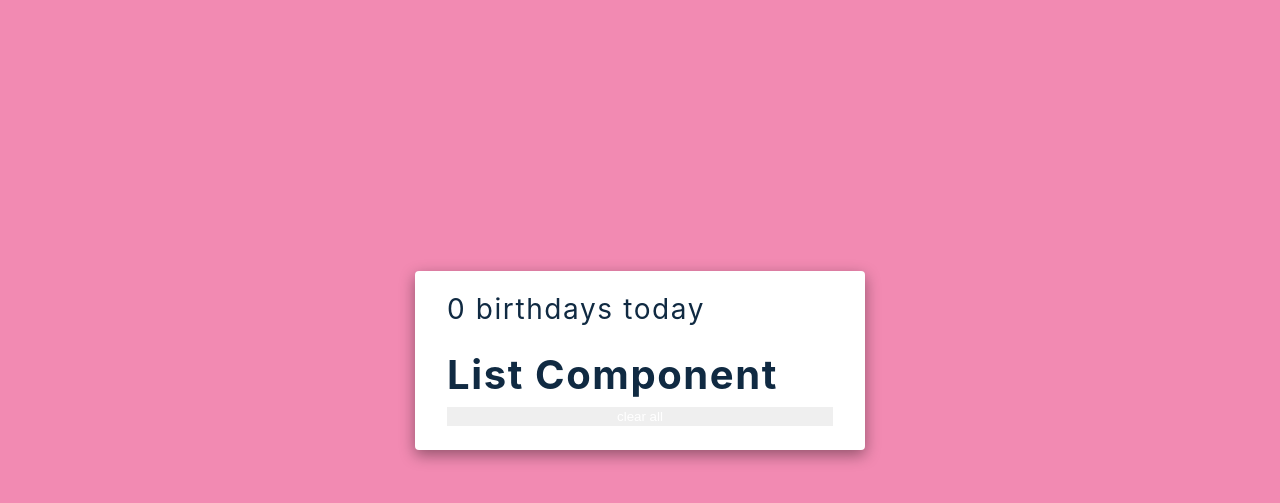
Repository: bodescuanamariia/birthday-reminder
Page: /
These files come from the project's save history. The page is drawn as it stood at one moment and after the next save; the edit follows.
The browser window is 1280 px wide. The pictures show the whole page.
The project was rebuilt for these pictures with package versions that can differ from the ones it lists, and the page was loaded fresh each time. Imported but missing from the stored project, and not drawn on this page: src/data.

Above is the page before, as saved 2022-04-14 14:30:37.

After the next save:
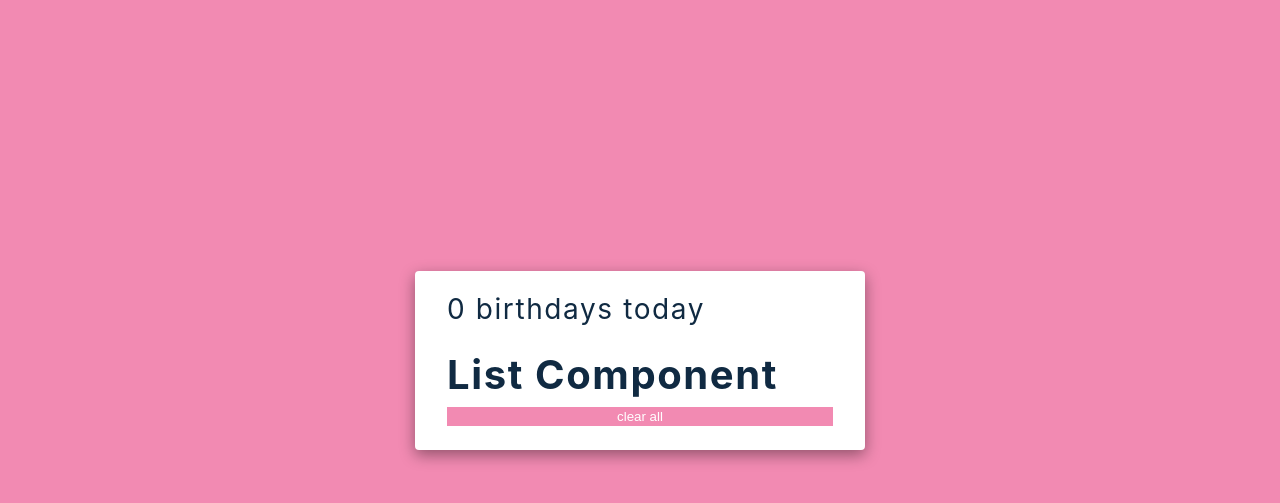
Saved 9 s later.
--- a/src/index.css
+++ b/src/index.css
@@ -151,7 +151,7 @@ main {
 }
 .container button {
   color: var(--clr-white);
-  background: ;
+  background: var(--clr-pink);
   display: block;
   width: 100%;
   border-color: transparent;
